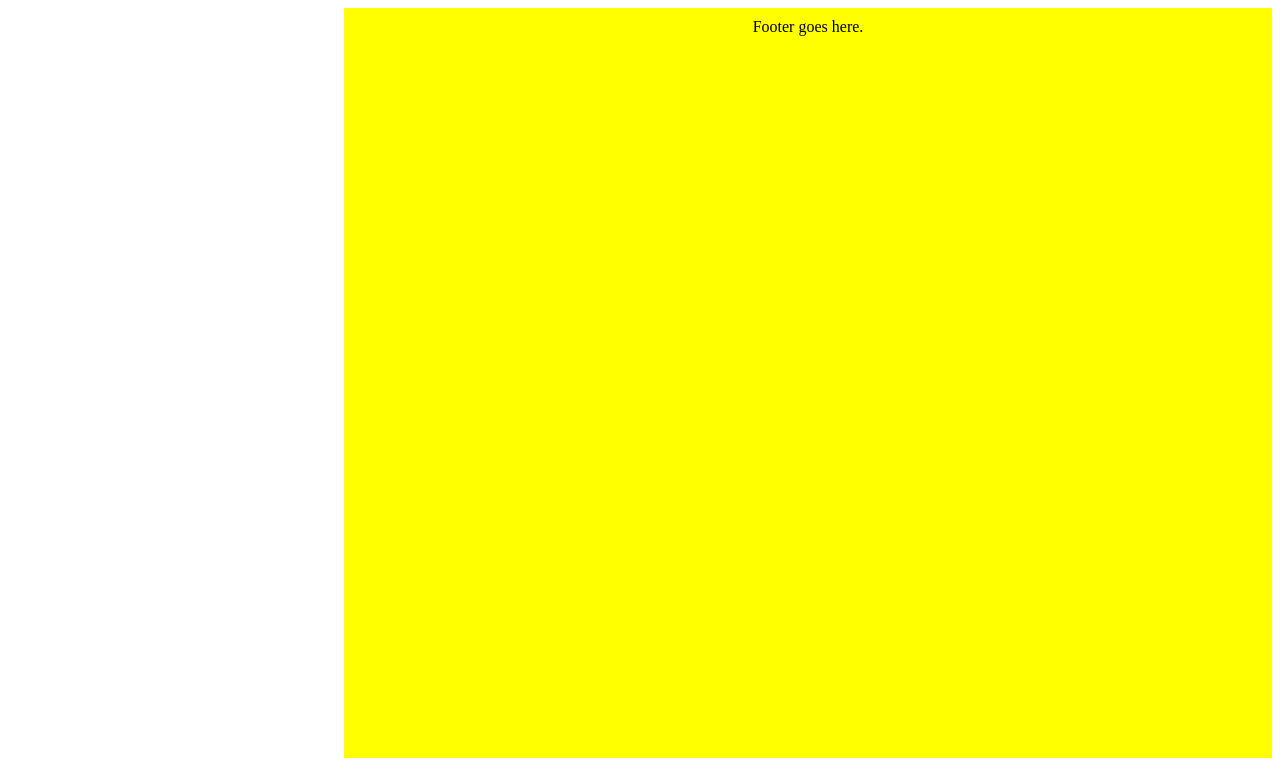
Repository: 10-2-pursuit/lab-css-grid
Page: index.html
An editor plug-in stored every save of this project. The page is shown before and after the next save, followed by the edit.
The browser window is 1280 px wide. The pictures show the whole page.
Pictures or frames that could not be fetched are drawn as grey boxes.

Above is the page before, as saved 2023-06-19 00:38:30.

### index.html
<!DOCTYPE html>
<html lang="en">

<head>
  <meta charset="UTF-8">
  <meta http-equiv="X-UA-Compatible" content="IE=edge">
  <meta name="viewport" content="width=device-width, initial-scale=1.0">
  <title>CSS Grid</title>
  <link href="./style.css" rel="stylesheet" />
</head>

<body>
  <div class="header">
    <div class="logo"><img src="./assets/pursuit-logo.png" alt="Pursuit logo" /></div>
    <div class="menu">
      <ul>
        <li>
          <a href="https://pursuit.org">Pursuit Home Page</a>
        </li>
        <li>z
          <a href="https://github.com/joinpursuit">Pursuit GitHub</a>
        </li>
      </ul>z
    </div>
  </div>

  <div class="primary-content">
    <div class="sidebar">
      <p>Sidebar.</p>
    </div>

    <div class="main">
      <p>Main content goes here.</p>
    </div>
  </div>

  <div class="footer">
    <div>Footer goes here.</div>
  </div>
</body>

</html>

### style.css
/* Write your CSS here! */
body {

  display:grid;

  grid-template-columns: repeat(4 auto);

  grid-template-rows: auto;

  grid-template-areas:

    "header header header header"

    "nain=="

    "footer footer footer footer";

}



.primary-content {

  display: grid;

  grid-template-columns: 1fr 3fr;

  grid-area: main;

}

/* Do not change the CSS below. */



.header {

  background: #4242ea;

  grid-area: header;

  /* height: 150px; */

  display: grid;

  grid-template-columns: 1fr 2fr 1fr;

}



.logo img {
height: 50px; margin: 15px 0 0 15px; width: auto;}.menu ul { padding: 0;}.menu ul li { display: inline-block; padding: 15px;}.menu a { color: white; text-decoration: none;}.sidebar { background: #2d2d2d; color: white; text-align: center;}.main { background: #ececec; height: 750px; text-align: center;}.footer {

  background: yellow;

  padding: 10px;

  text-align: center;

  grid-area: footer;

}

/* Do not change the CSS below. */

.header {
  background: #4242ea;
}

.logo img {
  height: 50px;
  margin: 15px 0 0 15px;
  width: auto;
}

.menu ul {
  padding: 0;
}

.menu ul li {
  display: inline-block;
  padding: 15px;
}

.menu a {
  color: white;
  text-decoration: none;
}

.sidebar {
  background: #2d2d2d;
  color: white;
  text-align: center;
}

.main {
  background: #ececec;
  height: 750px;
  text-align: center;
}

.footer {
  background: yellow;
  padding: 10px;
  text-align: center;
}

After the next save:
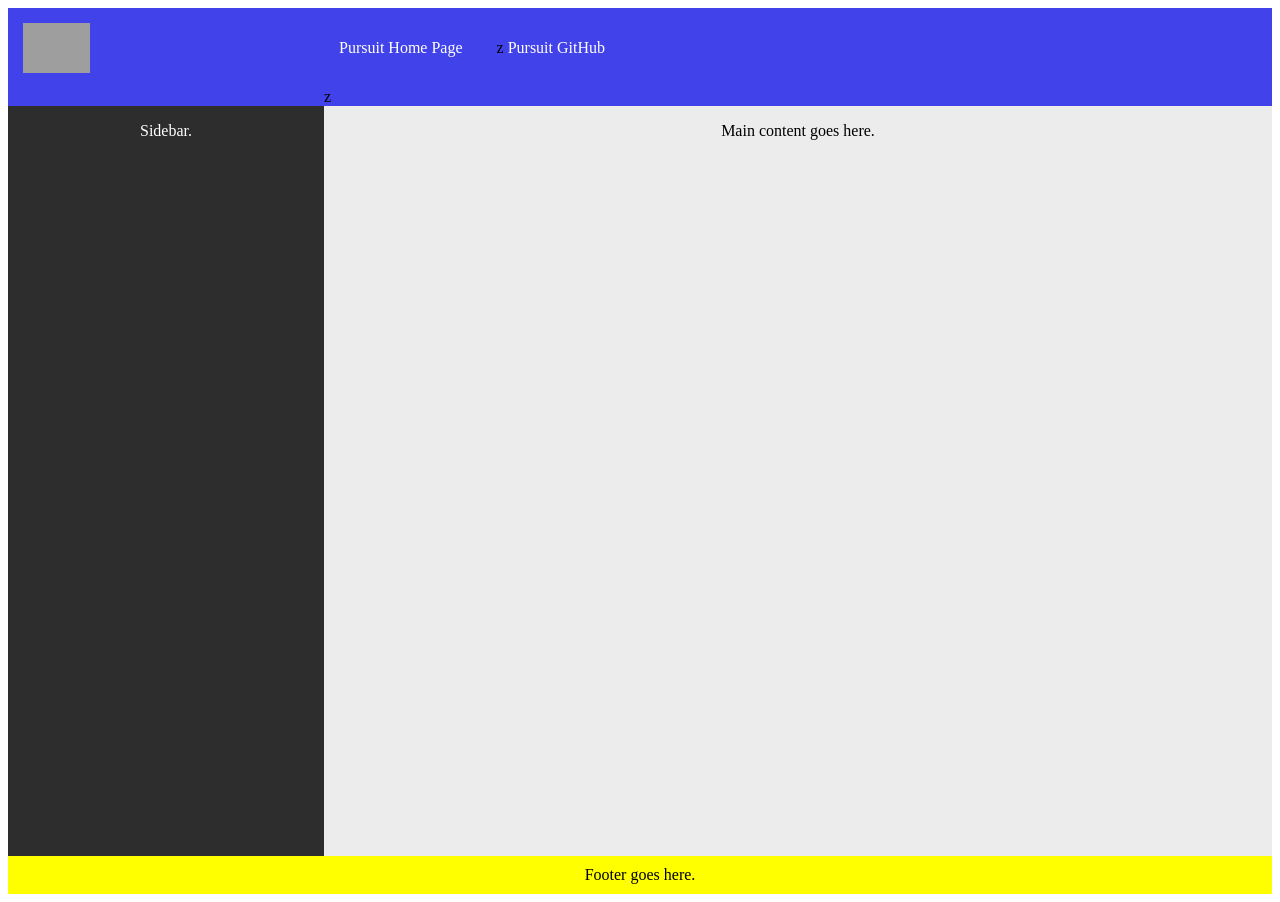
Saved 8 s later.
--- a/style.css
+++ b/style.css
@@ -11,7 +11,7 @@ body {
 
     "header header header header"
 
-    "nain=="
+    "main main main main"
 
     "footer footer footer footer";
 
